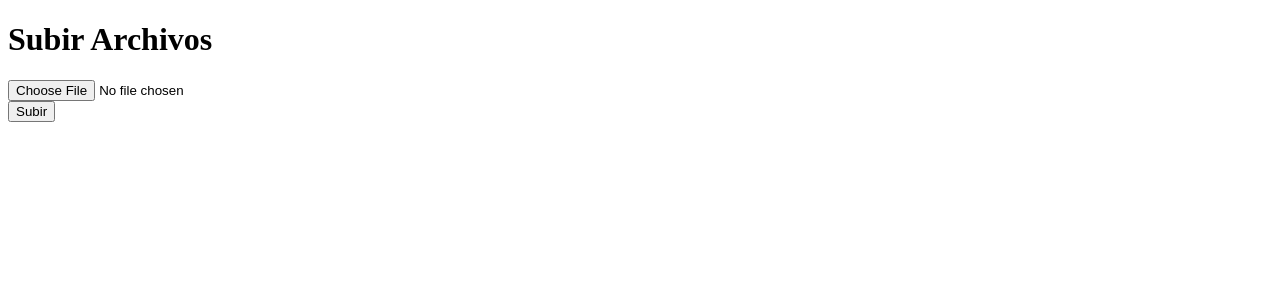
Repository: felipeguerrero87/txt-to-xls
Page: public/index.html
The author's editor kept a copy of each file at every save. The page is drawn from the files as they stood at one save, then again after the next save.
The browser window is 1280 px wide. The pictures show the whole page.

Above is the page before, as saved 2021-08-31 13:25:51.

### public/index.html
<!DOCTYPE html>
<html lang="en">
<head>
    <meta charset="UTF-8">
    <meta http-equiv="X-UA-Compatible" content="IE=edge">
    <meta name="viewport" content="width=device-width, initial-scale=1.0">
    <title>Document</title>
</head>
<body>
    <h1>Subir Archivos</h1>
    <form action="/files" method="POST" enctype="multipart/form-data">
        <input type="file" name="avatar" id="">
        <br>
        <input type="submit" value="Subir">
    </form>
</body>
</html>

After the next save:
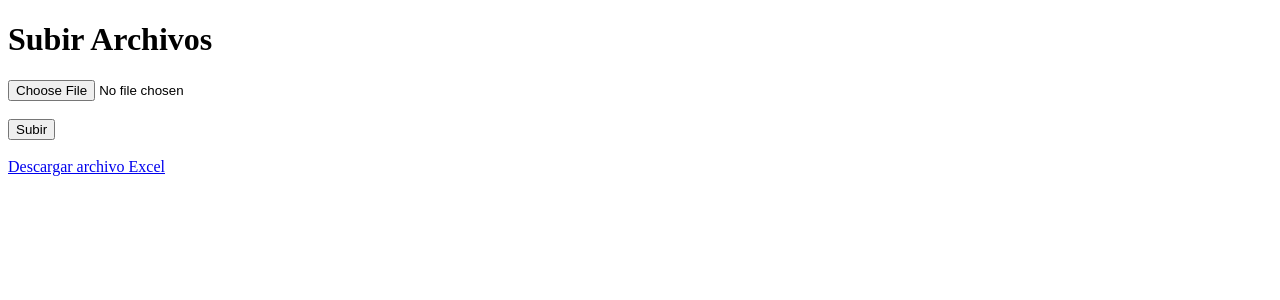
Saved 3 min 45 s later.
--- a/public/index.html
+++ b/public/index.html
@@ -11,7 +11,11 @@
     <form action="/files" method="POST" enctype="multipart/form-data">
         <input type="file" name="avatar" id="">
         <br>
+        <br>
         <input type="submit" value="Subir">
+        <br>
+        <br>
+        <a href='download'>Descargar archivo Excel</a>
     </form>
 </body>
 </html>
